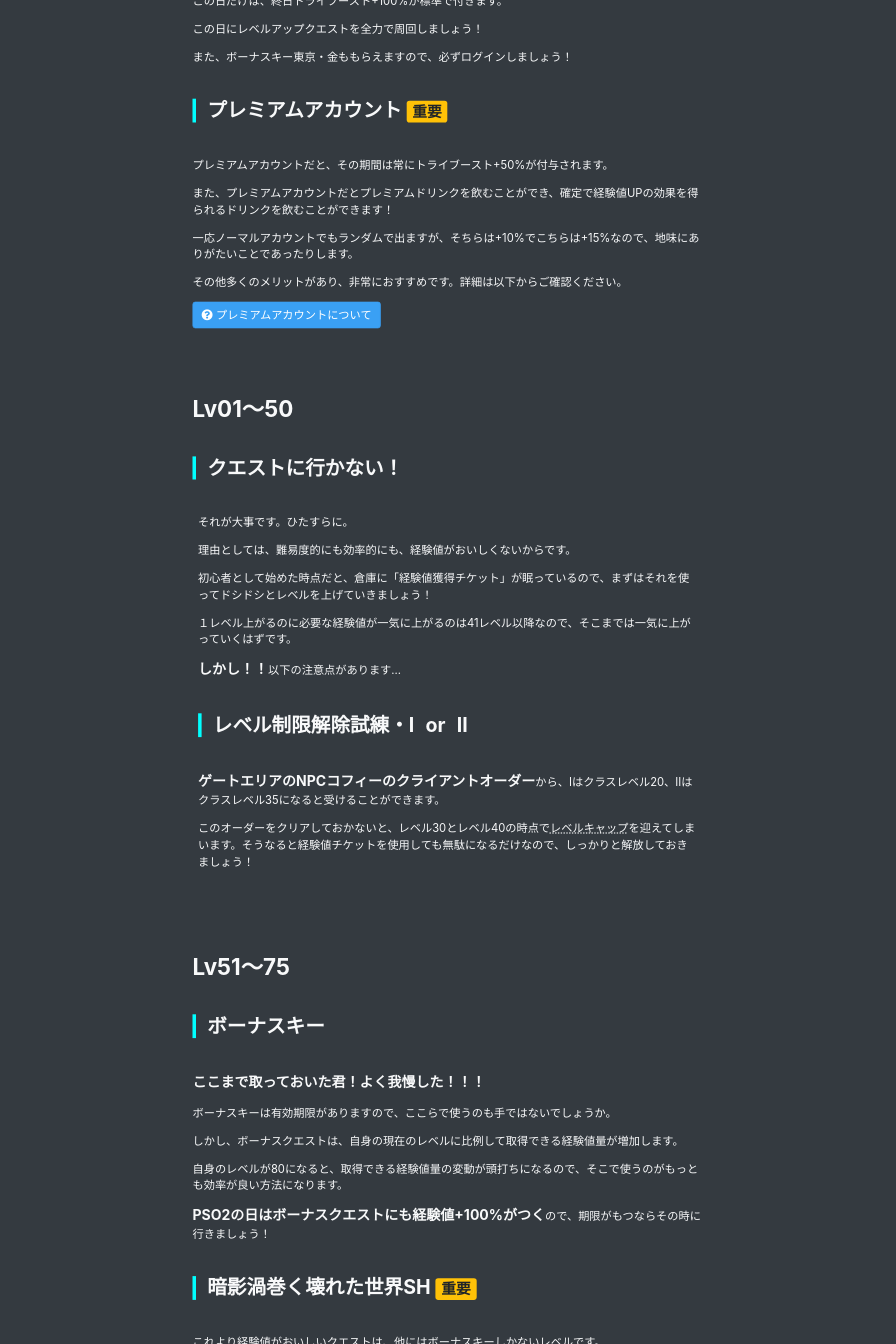
Repository: milkyahonpo/Website_source
Page: docs/capture.html
An editor plug-in stored every save of this project. The page is shown before and after the next save, followed by the edit.
The browser window is 1280 px wide. The pictures show the part of the page from y = 4580 to 6500 px (the page is 9702 px tall before and 9694 px after), at 70% of full size.
Some web libraries are served in a nearby version.

Above is the page before, as saved 2020-01-24 12:37:51.

### docs/capture.html
<!DOCTYPE html>
<html lang="ja">
  <head>
    <!-- Required meta tags -->
    <meta charset="utf-8">
    <meta name="viewport" content="width=device-width, initial-scale=1, shrink-to-fit=no">
    <!-- Bootstrap CSS -->
    <link rel="stylesheet" href="https://stackpath.bootstrapcdn.com/bootstrap/4.3.1/css/bootstrap.min.css" integrity="sha384-ggOyR0iXCbMQv3Xipma34MD+dH/1fQ784/j6cY/iJTQUOhcWr7x9JvoRxT2MZw1T" crossorigin="anonymous">
    <!-- My CSS -->
    <link rel="stylesheet" href="css/capture.css">
    <!-- favicon -->
    <link rel="shortcut icon" href="img/favicon.ico">
    <!-- Font Awesome -->
    <link href="https://use.fontawesome.com/releases/v5.6.1/css/all.css" rel="stylesheet">
    <!-- Google Fonts -->
    <link href="https://fonts.googleapis.com/css?family=Titillium+Web&display=swap" rel="stylesheet">

    <title>みるく屋本舗 - 攻略本 -</title>
  </head>

  <body>
  <!-- Navigation -->
  <nav class="navbar navbar-expand-lg navbar-light fixed-top py-3" id="mainNav">
    <div class="container">
      <a class="navbar-brand" href="index.html">
        <img src="./img/logo.png" width="50" height="50" alt="">
        <b>みるく屋本舗</b>
      </a>
      <button class="navbar-toggler navbar-togglar-right" type="button" data-toggle="collapse" data-target="#navbarResponsive" aria-controls="navbarResponsive" aria-expanded="false" aria-label="Toggle navigation">
        <span class="navbar-toggler-icon"></span>
      </button>
      <div class="collapse navbar-collapse" id="navbarResponsive">
        <ul class="navbar-nav ml-auto my-2 my-lg-0">
          <li class="nav-item">
            <a class="nav-link js-scroll-trigger" href="#basic">基礎知識</a>
          </li>
          <li class="nav-item">
            <a class="nav-link js-scroll-trigger" href="#lv1-50">Lv01～Lv50</a>
          </li>
          <li class="nav-item">
            <a class="nav-link js-scroll-trigger" href="#lv51-75">Lv51～Lv75</a>
          </li>
          <li class="nav-item">
            <a class="nav-link js-scroll-trigger" href="#lv76-80">Lv76～Lv80</a>
          </li>
          <li class="nav-item">
            <a class="nav-link js-scroll-trigger" href="#lv81-90">Lv81～Lv90</a>
          </li>
        </ul>
      </div>
    </div>
  </nav>
  <!-- About Section -->
  <section class="page-section h-100 bg-dark text-light">
    <div class="container h-100">
      <div class="row h-100 justify-content-center align-items-center">
        <div class="col-lg-8">
          <h2 class="display-1 mt-0 font-weight-bold text-center"><span style="color: cyan;">攻</span>略本</h2>
          <hr class="divider my-4">
          <p class="lead text-center">チムメンに役立つ育成情報を掲載します！</p>
          <p class="text-center"><small>最終更新 : 2020/01/23</small></p>
        </div>
      </div>
    </div>
  </section>

  <section class="page-section bg-dark text-light">
    <div class="container">
      <div class="row py-5 justify-content-center" id="basic">
        <div class="col-md-8">
          <h2 class="font-weight-bold">基礎知識</h2>
          <h3 class="my-5 pl-3"><strong class="font-weight-bold">メインクラスとサブクラス</strong></h3>
          <p>
            PSO2には「メインクラス」と「サブクラス」があります。
            <ul>
              <li>「メインクラス」装備できる武器に影響するクラス</li>
              <li>「サブクラス」一部のスキルとステータスの影響を受けるクラス<br>
            </ul>
            以下にクラス一覧と、その装備できる武器について示します。
          <p>
          <p class="alert alert-info">ガンスラッシュはどのクラスでも使用することができます。</p>
          <h4>通常クラス</h4>
          <table class="table table-striped table-hover my-3 table-dark">
            <tr><th>アイコン</th><th>クラス名</th><th>略称</th><th>装備できる武器</th></tr>
            <tr><td><img class="img-thumbnail" src="img/Hu.png"　style="display: inline-block" width="50px" height="auto"></td><td><a href="https://pso2.swiki.jp/index.php?%E3%83%8F%E3%83%B3%E3%82%BF%E3%83%BC">ハンター</a></td><td>Hu</td><td><ul><li>ソード</li><li>ワイヤードランス</li><li>パルチザン</li></ul></td></tr>
            <tr><td><img class="img-thumbnail" src="img/Fi.png"　style="display: inline-block" width="50px" height="auto"></td><td><a href="https://pso2.swiki.jp/index.php?%E3%83%95%E3%82%A1%E3%82%A4%E3%82%BF%E3%83%BC">ファイター</a></td><td>Fi</td><td><ul><li>ツインダガー</li><li>ダブルセイバー</li><li>ナックル</li></ul></td></tr>
            <tr><td><img class="img-thumbnail" src="img/Ra.png"　style="display: inline-block" width="50px" height="auto"></td><td><a href="https://pso2.swiki.jp/index.php?%E3%83%AC%E3%83%B3%E3%82%B8%E3%83%A3%E3%83%BC">レンジャー</a></td><td>Ra</td><td><ul><li>ランチャー</li><li>アサルトライフル</li></ul></td></tr>
            <tr><td><img class="img-thumbnail" src="img/Gu.png"　style="display: inline-block" width="50px" height="auto"></td><td><a href="https://pso2.swiki.jp/index.php?%E3%82%AC%E3%83%B3%E3%83%8A%E3%83%BC">ガンナー</a></td><td>Gu</td><td><ul><li>ツインマシンガン</li><li>アサルトライフル</li></ul></td></tr>
            <tr><td><img class="img-thumbnail" src="img/Fo.png"　style="display: inline-block" width="50px" height="auto"></td><td><a href="https://pso2.swiki.jp/index.php?%E3%83%95%E3%82%A9%E3%83%BC%E3%82%B9">フォース</a></td><td>Fo</td><td><ul><li>ロッド</li><li>タリス</li></ul></td></tr>
            <tr><td><img class="img-thumbnail" src="img/Te.png"　style="display: inline-block" width="50px" height="auto"></td><td><a href="https://pso2.swiki.jp/index.php?%E3%83%86%E3%82%AF%E3%82%BF%E3%83%BC">テクター</a></td><td>Te</td><td><ul><li>ウォンド</li><li>タリス</li></ul></td></tr>
            <tr><td><img class="img-thumbnail" src="img/Br.png"　style="display: inline-block" width="50px" height="auto"></td><td><a href="https://pso2.swiki.jp/index.php?%E3%83%96%E3%83%AC%E3%82%A4%E3%83%90%E3%83%BC">ブレイバー</a></td><td>Br</td><td><ul><li>カタナ</li><li>バレットボウ</li></ul></td></tr>
            <tr><td><img class="img-thumbnail" src="img/Bo.png"　style="display: inline-block" width="50px" height="auto"></td><td><a href="https://pso2.swiki.jp/index.php?%E3%83%90%E3%82%A6%E3%83%B3%E3%82%B5%E3%83%BC">バウンサー</a></td><td>Bo</td><td><ul><li>ジェットブーツ</li><li>デュアルブレード</li></ul></td></tr>
            <tr><td><img class="img-thumbnail" src="img/Su.png"　style="display: inline-block" width="50px" height="auto"></td><td><a href="https://pso2.swiki.jp/index.php?%E3%82%B5%E3%83%A2%E3%83%8A%E3%83%BC">サモナー</a></td><td>Su</td><td><ul><li>タクト</li></ul></td></tr >
          </table>
          <div class="my-5">
            <p>これらの通常クラスのいずれか２つをレベル75にすることで選択可能になる<strong class="lead font-weight-bold">「後継クラス」</strong>というものがあります。</p>
            <p>後継クラスは現状で３つあり、ファントムとエトワールはサブクラスとしてセットすることができますが、メインクラスとして使う場合、<strong class="lead font-weight-bold">全てサブクラスをセットすることができません。</strong>その代わりに、各クラス特徴のある強力なクラススキルを有しており、非常に優秀なクラスとなっています。</p>
          </div>
          <h4>後継クラス</h4>
          <table class="table table-striped table-hover my-3 table-dark">
            <tr><th>アイコン</th><th>クラス名</th><th>略称</th><th>装備できる武器</th></tr>
            <tr><td><img class="img-thumbnail" src="img/Hr.png"　style="display: inline-block" width="50px" height="auto"></td class="align-items-center"><td><a href="https://pso2.swiki.jp/index.php?%E3%83%92%E3%83%BC%E3%83%AD%E3%83%BC">ヒーロー</a></td><td>Hr</td><td><ul><li>ソード</li><li>ツインマシンガン</li><li>タリス</li></ul></td></tr>
            <tr><td><img class="img-thumbnail" src="img/Ph.png"　style="display: inline-block" width="50px" height="auto"></td><td><a href="https://pso2.swiki.jp/index.php?%E3%83%95%E3%82%A1%E3%83%B3%E3%83%88%E3%83%A0">ファントム</a></td><td>Ph</td><td><ul><li>カタナ</li><li>アサルトライフル</li><li>ロッド</li></td></tr>
            <tr><td><img class="img-thumbnail" src="img/Et.png"　style="display: inline-block" width="50px" height="auto"></td><td><a href="https://pso2.swiki.jp/index.php?%E3%82%A8%E3%83%88%E3%83%AF%E3%83%BC%E3%83%AB">エトワール</a></td><td>Et</td><td><ul><li>ダブルセイバー</li><li>デュアルブレード</li><li>ウォンド</li></td></tr>
          </table>
          <p>「メインクラス」は、当然ですが入手した経験値の100%が加算されます。</p>
          <p>「サブクラス」も、セットしておくだけでサブクラスがレベル70までは<strong class="lead font-weight-bold">メインクラスが獲得した経験値の25%</strong>が加算されます。</p>
          <p>そのため、必ずサブクラスをつけておきましょう。</p>

          <h3 class="my-5 pl-3"><strong class="font-weight-bold"><abbr title="特殊能力(DL先のファイルに詳細)">OP</abbr>・<abbr title="S級特殊能力(DL先のファイルに詳細)">SOP</abbr>付け</strong></h3>
          <p>PSO2の武器や<abbr title="防具のこと">ユニット</abbr>には、OPと呼ばれる特殊能力を付与することができます。</p>
          <p>これを付けていないとどれだけ頑張っても火力が出なかったり、伸び悩んでしまう原因になります。</p>
          <p>最初のうちに理解するのは難しい要素でもあるのですが、以下のファイルにOPの付け方をまとめてあるので、ダウンロードして必ず理解するようにしましょう！！</p>
          <a class="text-decoration-none" href="./document/PSO2 OP付け覚書.pdf" download="PSO2 OP付け覚書.pdf">
            <button class="btn btn-primary">
              <span class="text-decoration-none"><i class="fas fa-download"></i><b class="px-1">PSO2 OP付け覚書.pdf</b></span>
            </button>
          </a>
          <h3 class="my-5 pl-3"><strong class="font-weight-bold">ブーストアイテム</strong></h3>
          <p>PSO2には、経験値やメセタやレアドロの確率を一時的に上昇させる、トライブーストをはじめとした「ブーストアイテム」が多種類存在します。</p>
          <p>経験値を稼ぐためには、ブーストを使用したほうが有利ですので、必ず使用してクエストに行くことを忘れないようにしましょう。</p>
          <p>同じ名前のブーストアイテムを使用しても効果は多くならないので、違う名前のブーストを組み合わせることでより良い効果を得ることができます。</p>
          <p>元々の経験値を100%とすると...</p>
          <div class="card mb-3 text-dark">
            <div class="card-body">
            <p><b>例１)トライブースト+100%と経験値+75%を使用した場合の経験値取得率</b></p>
            <strong class="my-1 display-4"><var>100</var> + <var>100</var> + <var>75</var> = <var>275</var>%</strong>
            </div>
          </div>
          <p>上記のように、ブーストアイテムの効果は加算によって求められます。</p>

          <h3 class="my-5 pl-3"><strong class="font-weight-bold">パーティーブースト </strong><span class="badge badge-warning">重要</span></h3>
          <p>PSO2では、パーティーを組むことによって「パーティーブースト」と呼ばれる、<abbr title="略称「トラブ」 メセタ、レアドロ、経験値獲得量UP">トライブースト</abbr>が付与されます。</p>
          <p>先ほどのブーストアイテムについての項目でお話しましたが、ブーストアイテムの効果は加算によって求めることができます。</p>
          <p>しかし、<strong class="lead font-weight-bold">パーティーブーストだけは乗算でかかります。</strong>パーティーが二人以上の場合のパーティーの人数をXとすると、パーティーブーストは1.X倍になります。</p>
          <div class="card mb-3 text-dark">
            <div class="card-body">
            <p><b>例２)例１の場合でパーティー４人の場合の経験値取得率</b></p>
            <strong class="my-1 display-4"><var>275</var> * <var>1.4</var> = <span class="enh"><var>385</var>%</span></strong><br>
            </div>
          </div>
          <p>絶対に４人パーティーで行きましょう！</p>

          <h3 class="my-5 pl-3"><strong class="font-weight-bold">PSO2の日(毎月2日 +プレミアムは22日)</strong></h3>
          <p>この日だけは、終日トライブースト+100%が標準で付きます。</p>
          <p>この日にレベルアップクエストを全力で周回しましょう！</p>
          <p>また、ボーナスキー東京・金ももらえますので、必ずログインしましょう！</p>

          <h3 class="my-5 pl-3"><strong class="font-weight-bold">プレミアムアカウント </strong><span class="badge badge-warning">重要</span></h3>
          <p>プレミアムアカウントだと、その期間は常にトライブースト+50%が付与されます。</p>
          <p>また、プレミアムアカウントだとプレミアムドリンクを飲むことができ、確定で経験値UPの効果を得られるドリンクを飲むことができます！</p>
          <p>一応ノーマルアカウントでもランダムで出ますが、そちらは+10%でこちらは+15%なので、地味にありがたいことであったりします。</p>
          <p>その他多くのメリットがあり、非常におすすめです。詳細は以下からご確認ください。</p>
          <a href="http://pso2.jp/players/manual/preparations/ac/#sys-manual-513"><button class="btn btn-primary"><i class="fas fa-question-circle"></i> プレミアムアカウントについて</button></a>
        </div>
      </div>
      <div class="row py-5 justify-content-center" id="lv1-50">
        <div class="col-lg-8">
          <h2><b>Lv01～50</b></h2>
          <h3 class="my-5 pl-3"><strong class="font-weight-bold">クエストに行かない！</strong></h3>
          <section class="px-2 pb-2">
            <p>それが大事です。ひたすらに。</p>
            <p>理由としては、難易度的にも効率的にも、経験値がおいしくないからです。</p>
            <p>初心者として始めた時点だと、倉庫に「経験値獲得チケット」が眠っているので、まずはそれを使ってドシドシとレベルを上げていきましょう！</p>
            <p>１レベル上がるのに必要な経験値が一気に上がるのは41レベル以降なので、そこまでは一気に上がっていくはずです。</p>
            <p><strong class="lead font-weight-bold">しかし！！</strong>以下の注意点があります...</p>
            <h3 class="my-5 pl-3"><strong class="font-weight-bold">レベル制限解除試練・Ⅰ<span class="mx-3">or</span>Ⅱ</strong></h3>
            <p><strong class="lead font-weight-bold">ゲートエリアのNPCコフィーのクライアントオーダー</strong>から、Ⅰはクラスレベル20、Ⅱはクラスレベル35になると受けることができます。</p>
            <p>このオーダーをクリアしておかないと、レベル30とレベル40の時点で<abbr title="レベルがそれ以上上がらない状態になること">レベルキャップ</abbr>を迎えてしまいます。そうなると経験値チケットを使用しても無駄になるだけなので、しっかりと解放しておきましょう！</p>
          </section>
        </div>
      </div>
      <div class="row py-5 justify-content-center" id="lv51-75">
        <div class="col-lg-8">
          <h2 class="mb-5"><b>Lv51～75</b></h2>
          <h3 class="my-5 pl-3"><strong class="font-weight-bold">ボーナスキー</strong></h3>
          <p><strong class="lead font-weight-bold">ここまで取っておいた君！よく我慢した！！！</strong></p>
          <p>ボーナスキーは有効期限がありますので、ここらで使うのも手ではないでしょうか。</p>
          <p>しかし、ボーナスクエストは、自身の現在のレベルに比例して取得できる経験値量が増加します。</p>
          <p>自身のレベルが80になると、取得できる経験値量の変動が頭打ちになるので、そこで使うのがもっとも効率が良い方法になります。</p>
          <p><strong class="lead font-weight-bold">PSO2の日はボーナスクエストにも経験値+100%がつく</strong>ので、期限がもつならその時に行きましょう！</p>

          <h3 class="my-5 pl-3"><strong class="font-weight-bold">暗影渦巻く壊れた世界SH </strong><span class="badge badge-warning">重要</span></h3>
          <p>これより経験値がおいしいクエストは、他にはボーナスキーしかないレベルです。</p>
          <p>圧倒的経験値効率を誇るクエストなので、レベリングには必ず行きましょう！</p>
          <p><strong class="lead font-weight-bold">レベルアップクエストの仕様上、5日周期で1日来る</strong>ので必ずチェックしておきましょう。</p>

          <h3 class="my-5 pl-3"><strong class="font-weight-bold">クラスごとの<abbr title="スキルポイント スキルツリーのスキルを取得するために必要になる レベル1UPごとに1SP">SP</abbr>取得クライアントオーダー </strong><span class="badge badge-warning">重要</span></h3>
          <p>レベル75になると、クラスキューブというアイテムを渡すことによって、クラスごとにSPを獲得できるクライアントオーダーが解放されます。</p>
          <p>クラスキューブとは、ハンターであれば「Huエクスキューブ」といったような、クラスの略称がついたアイテムになります。</p>
          <p>全てのクラス共通で、最初は1個、次は2個、3個、4個と要求数が増えていき、全4つのオーダーで合計10個のクラスキューブが必要になります。</p>
          <p><strong class="lead font-weight-bold">ゲートエリアのNPCシロナの「トレジャーショップ」</strong>から、SGまたはメセタを使用してクラスキューブを購入することができます。売っているクラスキューブは日替わりなので、自分の欲しいクラスキューブが陳列された時に購入しましょう！</p>

          <p>また、レベル90のレベルキャップに到達した状態でレベルアップすることで、そのクラスのクラスキューブを<strong class="lead font-weight-bold">レベルアップごとに７個</strong>取得することができます。</p>
        </div>
      </div>
          <!--
          <h3 class="my-5 pl-3"><strong class="font-weight-bold">レベル75制限解除試験・○○ </strong><span class="badge badge-info">後継クラスのみ</span></h3>
          <p>レベル75制限解除試験とは、その名の通りレベル75のレベルキャップを解放するクライアントオーダーです。</p>
          <p>これまでもレベル30の時点やレベル40の時点にも存在したものと同じになります。</p>
          <p>このレベルキャップ解放はクラスごとにクリアする必要があります。</p>
          <p>条件は、<br>
          <strong class="lead font-weight-bold">「<abbr title="ガンスラッシュは対象外です">メインクラスで装備できる武器種</abbr>の☆13以上を+35まで強化する」</strong><br>
          というものになります。</p>
          <p><strong class="lead font-weight-bold">ゲートエリアのNPCプリンの「コレクトシート」</strong>で、☆13武器の+35をゲットするだけで達成することができます。</p>
          <p>コレクトシートとは、数あるアイテムの中から自身が欲しいアイテムを選択し、そのアイテムのシートを入手したのちに、シート中に記載されている必要項目を全達成することで対象のアイテムが入手できるというものです。</p>
          <p>それぞれの項目に指定された条件を達成すると項目のゲージが上昇していき、ゲージが最大になった時にドロップするアイテムを入手することで項目が達成されます。</p>
          <p>基本的にコレクトシートの項目の条件は、入手した時点で開催されている緊急クエストや期間限定クエストで達成できるものが設定されているので、どんどん参加しましょう！</p>
          -->

      <div class="row py-5 justify-content-center" id="lv76-80">
        <div class="col-lg-8">
          <h2 class="mb-5"><b>Lv76～80</b></h2>
          <h3 class="my-5 pl-3"><strong class="font-weight-bold">必要経験値の異常なまでの上昇 </strong><span class="badge badge-danger">難関</span></h3>
          <p><strong class="lead font-weight-bold">今までとは比べ物にならないくらいにレベルが上がらなくなってきます。</strong></p>
          <p>ただ、昔のPSO2と比較したら今はボーナスキーもあり、レベルアップクエストなんてものもあり、
          そのうえPSO2の日では経験値+100%で、プレミアムなら毎日トライブースト+50%もつくだって！？</p>
          <strong class="lead font-weight-bold">めげずに頑張りましょう！私たちがついています！</strong>

          <h3 class="my-5 pl-3"><strong class="font-weight-bold">ボーナスキー </strong></h3>
          <p>それはここでも同じです。</p>
          <p>PSO2で経験値が一番おいしいクエストは間違いなくボーナスキー！</p>
          <p>手に入れたらPSO2の日をねらって絶対に行きましょう！</p>
          <p>(ブーストアイテムを忘れずにね！)</p>

          <h3 class="my-5 pl-3"><strong class="font-weight-bold">暗影渦巻く壊れた世界XH </strong><span class="badge badge-success">更新時点 推奨</span></h3>
          <p>現状最強武器の「リバレイト〇〇」という武器の入手にはクラスキューブが必要になります。</p>
          <p>また、2020/02/05まで開催されている<a href="http://pso2.jp/players/event/newyear2020/">SPACE MAGATSU DESTROYERS</a>の個人ポイント獲得はこの暗影でもためることができ、暗影は1周2分で周回できるので非常に高効率となっています。(本来あってはならないことかもしれませんが...)</p>
          <p>以上の理由から、現時点では高レベルのプレイヤーも暗影を周回しており、人がすぐに集まることも多いため、以下に記載してあるSHを周回するよりも圧倒的に高効率でレベルアップすることができます。</p>

          <h3 class="my-5 pl-3"><strong class="font-weight-bold">暗影渦巻く壊れた世界SH </strong><span class="badge badge-secondary">更新時点 非推奨</span></h3>
          <p>「え？なんでまだこの段階でもXH行かないの？」</p>
          <p>そう思う方も多いことでしょう。</p>
          <p>試しにXHに行ってみた方はわかると思いますが、
          <strong class="lead font-weight-bold">クエストに12人いることのほうが少ないです。</strong></p>
          <p>理由はSHとXHの受注可能なレベル帯の差にあります。</p>
          <p>SHはレベル50から受注可能で、XHには、メインサブの双方を75まで上げないと行けません。</p>
          <p>なので、SHを回るのは、75-50=レベル25分の幅の方で、
          なおかつメインはレベル75であってもサブはまだという方も含まれます。</p>
          <p>それに対してXHはレベル75から受注可能で、最大はレベル90です。</p>
          <p>なので、XHを回るのは、90-75=レベル15分の幅の方で、
          なおかつメインサブ双方が75以上である方です。</p>
          <p>それゆえに、暗影で人数が集まるのは必然的にSHとなるわけです。</p>
          <p>人数が集まるということは、パーティーが組めるのでブーストがのる。</p>
          <p><strong class="lead font-weight-bold">そういうことです！</strong></p>

          <h3 class="my-5 pl-3"><strong class="font-weight-bold">クラスごとのSP取得クライアントオーダー </strong></h3>
          <p>Lv51～75で前述のとおりです。</p>
          <p>もしもレベル75の時点でやっていなかったのであれば、必ずここで済ませてしまいましょう！</p>

          <!--
          <h3 class="my-5 pl-3"><strong class="font-weight-bold">レベル80制限解除試験・○○ </strong></h3>
          <p>「またレベルキャップか・・・」</p>
          <p>安心してください。今回のは<b>めちゃくちゃ簡単</b>です。</p>
          <p>レベルを75にした時点で称号報酬でもらっていた、３つの<strong class="lead font-weight-bold">「サブ／ステラウォール」</strong>というユニット。</p>
          <p>若しくは、ここまで暗影を周回している人なら持っているであろう「ウェポンズバッジ2019」。</p>
          <p>それとバッジ交換ショップで交換できる☆12ユニットの、</p>
          <p><strong class="lead font-weight-bold">「リア／サーキュレイ」、「アーム／サーカレイ」、「レッグ／サークレイ」</strong>。</p>
          <p>そのどちらかのシリーズを全て+10にしてから装備して話しかけるだけで達成できます。</p>
          <p>ユニットの強化は、武器と比較してものすごく簡単なので、
          強化値+7までは補助アイテム何も無しで上げていき、
          +8以降は、「強化成功率+5%」と「強化リスク軽減(+1)」を使用して上げていくだけで十分です。</p>
          <p>もっていないのであれば、どちらも非常に安価にマイショップで販売していますので、
          どんどん上げて、ぱぱっと報告してしまいましょう！</p>
          -->
        </div>
      </div>
      <div class="row py-5 justify-content-center" id="lv81-90">
        <div class="col-lg-8">
          <h2 class="mb-5"><b>Lv81～90</b></h2>
          <h3 class="my-5 pl-3 display-4"><font color="orange">気合 <i class="fas fa-exclamation"></i></font></h3>
          <p>今までの知識をすべて駆使してレベルを上げていきましょう。</p>
          <p>ブースト、ボーナスキー、暗影...</p>
          <p><b style="font-size: 20px">頂上はもうすぐです！</b></p>
        </div>
      </div>
    </div>
  </div>
</section>
  <!-- Footer -->
  <footer class="bg-light py-5">
    <div class="container">
      <div class="small text-center text-muted">※当サイトの一部の掲載画像等に関する権利は、株式会社セガゲームズに帰属しています。</div>
      <div class="small text-center text-muted">Copyright &copy; 2019 - MYH / SEGA PHANTASY STAR ONLINE 2</div>
    </div>
  </footer>

  <!-- Bootstrap core JavaScript -->
  <script src="vendor/jquery/jquery.min.js"></script>
  <script src="vendor/bootstrap/js/bootstrap.bundle.min.js"></script>

  <!-- Plugin JavaScript -->
  <script src="vendor/jquery-easing/jquery.easing.min.js"></script>
  <script src="vendor/magnific-popup/jquery.magnific-popup.min.js"></script>

  <!-- Custom scripts for this template -->
  <script src="js/creative.min.js"></script>

    <!-- Optional JavaScript -->
    <!-- jQuery first, then Popper.js, then Bootstrap JS -->
    <script src="https://code.jquery.com/jquery-3.3.1.slim.min.js" integrity="sha384-q8i/X+965DzO0rT7abK41JStQIAqVgRVzpbzo5smXKp4YfRvH+8abtTE1Pi6jizo" crossorigin="anonymous"></script>
    <script src="https://cdnjs.cloudflare.com/ajax/libs/popper.js/1.14.7/umd/popper.min.js" integrity="sha384-UO2eT0CpHqdSJQ6hJty5KVphtPhzWj9WO1clHTMGa3JDZwrnQq4sF86dIHNDz0W1" crossorigin="anonymous"></script>
    <script src="https://stackpath.bootstrapcdn.com/bootstrap/4.3.1/js/bootstrap.min.js" integrity="sha384-JjSmVgyd0p3pXB1rRibZUAYoIIy6OrQ6VrjIEaFf/nJGzIxFDsf4x0xIM+B07jRM" crossorigin="anonymous"></script>
  </body>
</html>

### docs/js/creative.min.js
/*!
 * Start Bootstrap - Creative v5.1.6 (https://startbootstrap.com/template-overviews/creative)
 * Copyright 2013-2019 Start Bootstrap
 * Licensed under MIT (https://github.com/BlackrockDigital/startbootstrap-creative/blob/master/LICENSE)
 */

!function (e) { "use strict"; e('a.js-scroll-trigger[href*="#"]:not([href="#"])').click(function () { if (location.pathname.replace(/^\//, "") == this.pathname.replace(/^\//, "") && location.hostname == this.hostname) { var a = e(this.hash); if ((a = a.length ? a : e("[name=" + this.hash.slice(1) + "]")).length) return e("html, body").animate({ scrollTop: a.offset().top - 72 }, 1e3, "easeInOutExpo"), !1 } }), e(".js-scroll-trigger").click(function () { e(".navbar-collapse").collapse("hide") }), e("body").scrollspy({ target: "#mainNav", offset: 75 }); function a() { 100 < e("#mainNav").offset().top ? e("#mainNav").addClass("navbar-scrolled") : e("#mainNav").removeClass("navbar-scrolled") } a(), e(window).scroll(a)/*, e("#portfolio").magnificPopup({ delegate: "a", type: "image", tLoading: "Loading image #%curr%...", mainClass: "mfp-img-mobile", gallery: { enabled: !0, navigateByImgClick: !0, preload: [0, 1] }, image: { tError: '<a href="%url%">The image #%curr%</a> could not be loaded.' } })*/ }(jQuery);

Loaded but not shown: docs/css/capture.css (library); docs/vendor/jquery/jquery.min.js (library); docs/vendor/bootstrap/js/bootstrap.bundle.min.js (library); docs/vendor/jquery-easing/jquery.easing.min.js (common file); docs/vendor/magnific-popup/jquery.magnific-popup.min.js (library)

After the next save:
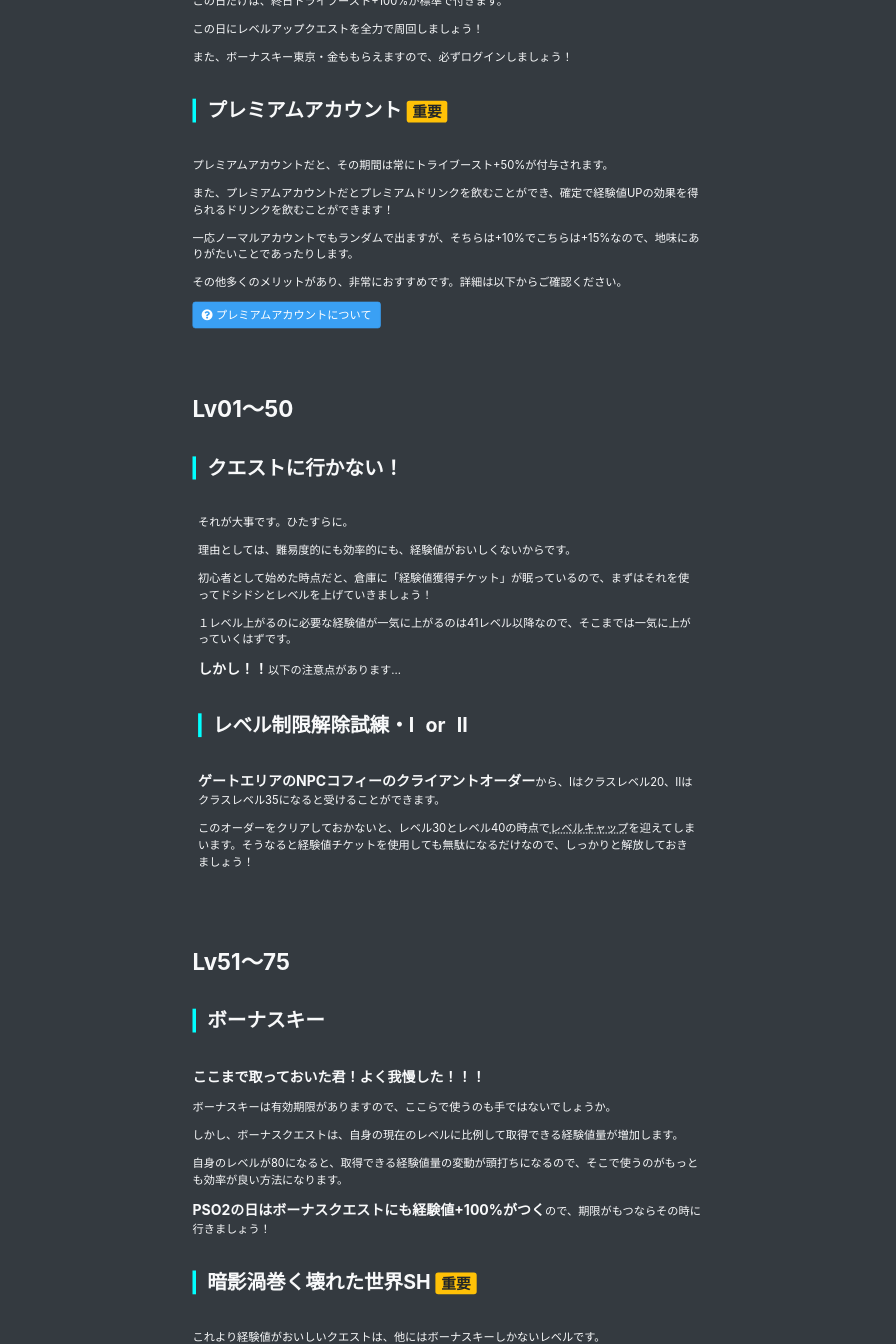
Saved 4 s later.
--- a/docs/capture.html
+++ b/docs/capture.html
@@ -158,7 +158,7 @@
         <div class="col-lg-8">
           <h2><b>Lv01～50</b></h2>
           <h3 class="my-5 pl-3"><strong class="font-weight-bold">クエストに行かない！</strong></h3>
-          <section class="px-2 pb-2">
+          <section class="px-2">
             <p>それが大事です。ひたすらに。</p>
             <p>理由としては、難易度的にも効率的にも、経験値がおいしくないからです。</p>
             <p>初心者として始めた時点だと、倉庫に「経験値獲得チケット」が眠っているので、まずはそれを使ってドシドシとレベルを上げていきましょう！</p>
